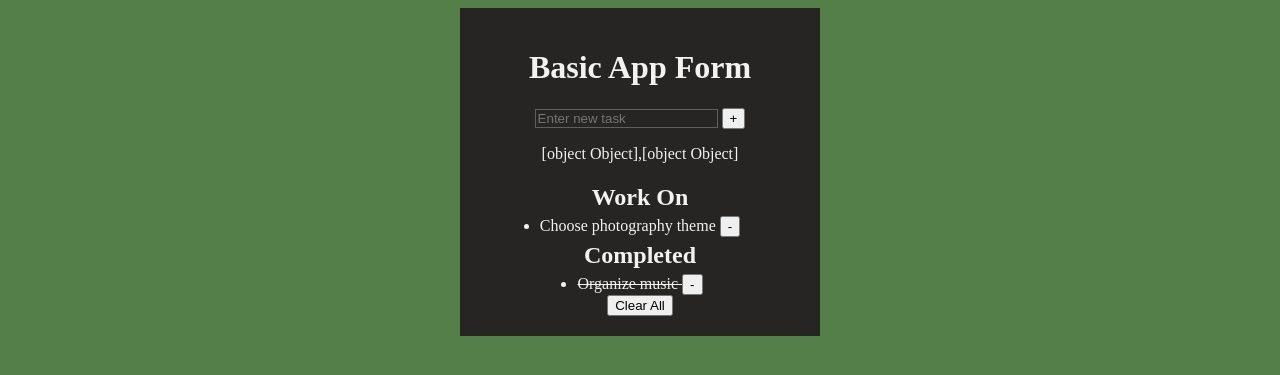
Repository: Kayla-amr/dgm_3760
Page: todoTemplate-W2/index.html
An editor plug-in stored every save of this project. The page is shown before and after the next save, followed by the edit.
The browser window is 1280 px wide. The pictures show the whole page.

Above is the page before, as saved 2022-11-08 13:08:39.

After the next save:
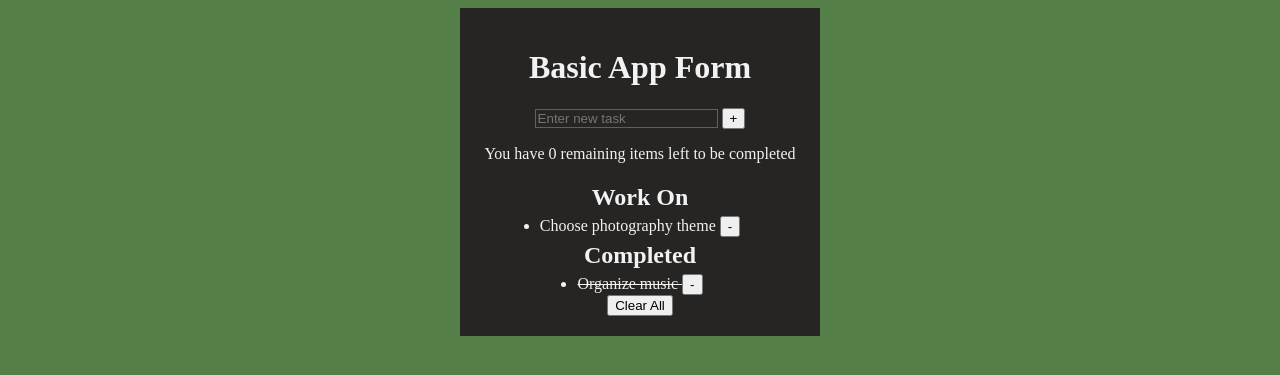
Saved 18 s later.
--- a/todoTemplate-W2/index.js
+++ b/todoTemplate-W2/index.js
@@ -92,9 +92,7 @@ function deleteComplete() {
 }
 
 function remaining() {
-	const todoIdx = myList.findIndex((todo) => todo.id == false);
-	myList[todoIdx].status = `You have ${todoIdx.length} remaining items left to be completed`;
-	remainingTasks.textContent = myList
+	remainingTasks.textContent = `You have ${todoTaskUl.getElementsByTagName('').length} remaining items left to be completed`;
 }
 
 remaining();
